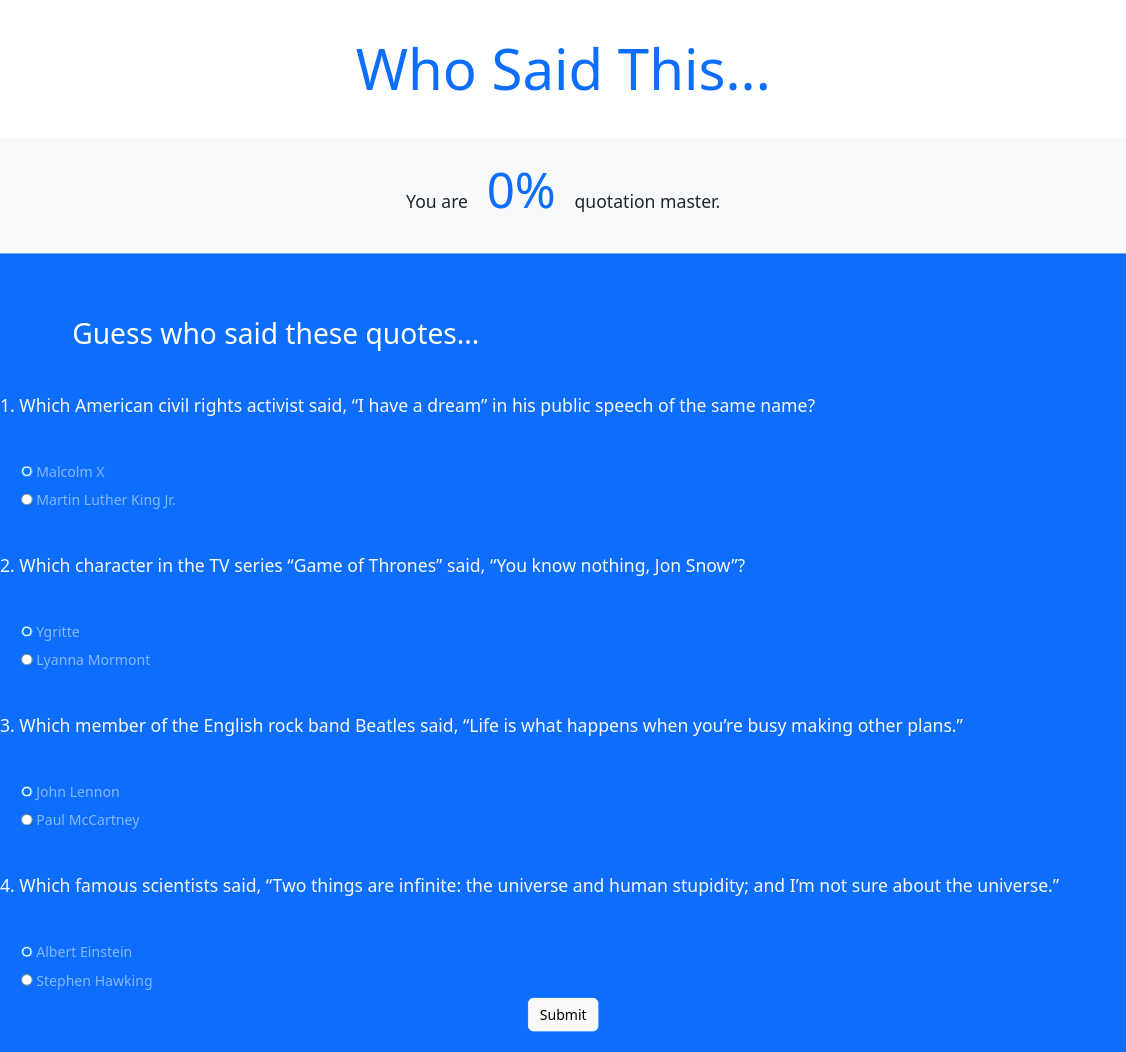
Repository: julihocc/netninja-quiz
Page: index.html
The author's editor kept a copy of each file at every save. The page is drawn from the files as they stood at one save, then again after the next save.
The browser window is 1280 px wide. The pictures show the whole page, at 88% of full size.
After loading, the first visible `#quiz-form` was submitted once.

Above is the page before, as saved 2022-09-27 19:42:49.

### index.html
<!DOCTYPE html>
<html lang="en">

<head>
    <meta charset="UTF-8">
    <meta http-equiv="X-UA-Compatible" content="IE=edge">
    <meta name="viewport" content="width=device-width, initial-scale=1.0">

    <!-- CSS only -->
    <link href="https://cdn.jsdelivr.net/npm/bootstrap@5.2.1/dist/css/bootstrap.min.css" rel="stylesheet"
        integrity="sha384-iYQeCzEYFbKjA/T2uDLTpkwGzCiq6soy8tYaI1GyVh/UjpbCx/TYkiZhlZB6+fzT" crossorigin="anonymous">

    <title>Who Said It...</title>
</head>

<body>

    <div class="intro py-3 bg-white text-center">
        <div class="container">
            <h2 class="text-primary display-3 my-4">
                Who Said This...
            </h2>
        </div>
    </div>


    <!-- step 3.1 result section  -->
    <div class="result py-4  d-none bg-light text-center">
        <div class="container lead">
            <p>
                You are <span class="text-primary display-4 p-3">0%</span> quotation master.
            </p>
        </div>
    </div>


    <div class="quiz py-4 bg-primary">
        <div class="container lead">
            <h2 class="my-5 text-white">
                Guess who said these quotes...
            </h2>
        </div>


        <form class="text-light" id="quiz-form">

            <!-- question #1 -->
            <div class="my-5">
                <p class="lead font-weight-normal">
                    1. Which American civil rights activist said, “I have a dream” in his public speech of the same
                    name?
                </p>
            </div>
            <div class="form-check my-2 text-white-50" >
                <input type="radio" name="q1" value="A" id="q11" checked> <label class="form-check-label" for="q11">Malcolm X</label>
            </div>
            <div class="form-check my-2 text-white-50">
                <input type="radio" name="q1" value="B" id="q12"> <label class="form-check-label" for="q12">Martin Luther King Jr.</label>
            </div>

            <!-- question #2 -->
            <div class="my-5">
                <p class="lead font-weight-normal">
                    2. Which character in the TV series “Game of Thrones” said,
                            “You know nothing, Jon Snow”?
                </p>
            </div>
            <div class="form-check my-2 text-white-50">
                <input type="radio" name="q2" value="A" checked> <label class="form-check-label">Ygritte</label>
            </div>
            <div class="form-check my-2 text-white-50">
                <input type="radio" name="q2" value="B"> <label class="form-check-label">Lyanna Mormont</label>
            </div>

            <!-- question #3 -->
            <div class="my-5">
                <p class="lead font-weight-normal"> 3. Which member of the English rock band Beatles said, “Life
                    is what happens when you’re busy making other plans.”
                </p>
            </div>
            <div class="form-check my-2 text-white-50">
                <input type="radio" name="q3" value="A" checked> <label class="form-check-label">  John Lennon</label>
            </div>
            <div class="form-check my-2 text-white-50">
                <input type="radio" name="q3" value="B"> <label class="form-check-label">  Paul McCartney</label>
            </div>

            <!-- question #4 -->
            <div class="my-5">
                <p class="lead font-weight-normal"> 4. Which famous scientists said, “Two things are infinite:
                    the universe and human stupidity; and I’m not sure about the universe.”
                </p>
            </div>
            <div class="form-check my-2 text-white-50">
                <input type="radio" name="q4" value="A" checked> <label class="form-check-label">  Albert Einstein</label>
            </div>
            <div class="form-check my-2 text-white-50">
                <input type="radio" name="q4" value="B"> <label class="form-check-label">   Stephen Hawking</label>
            </div>

            <div class="text-center">
                <input type="submit" class="btn btn-light">
            </div>

        </form>

    </div>

    <script src="app.js"></script>
</body>

</html>

### app.js
const correctAnswers = ['B', 'A', 'A', 'A'];

const form = document.getElementById('quiz-form');

const result = document.querySelector('.result');

form.addEventListener('submit', e => {

    e.preventDefault() ;

    let score = 0;

    const userAnswers = [form.q1.value, form.q2.value, form.q3.value, form.q4.value]

    userAnswers.forEach((answer, index) => {
        if(answer === correctAnswers[index]){
            score += 25;
        }
    })

    console.log(score);

    result.classList.remove('d-none')
})

After the next save:
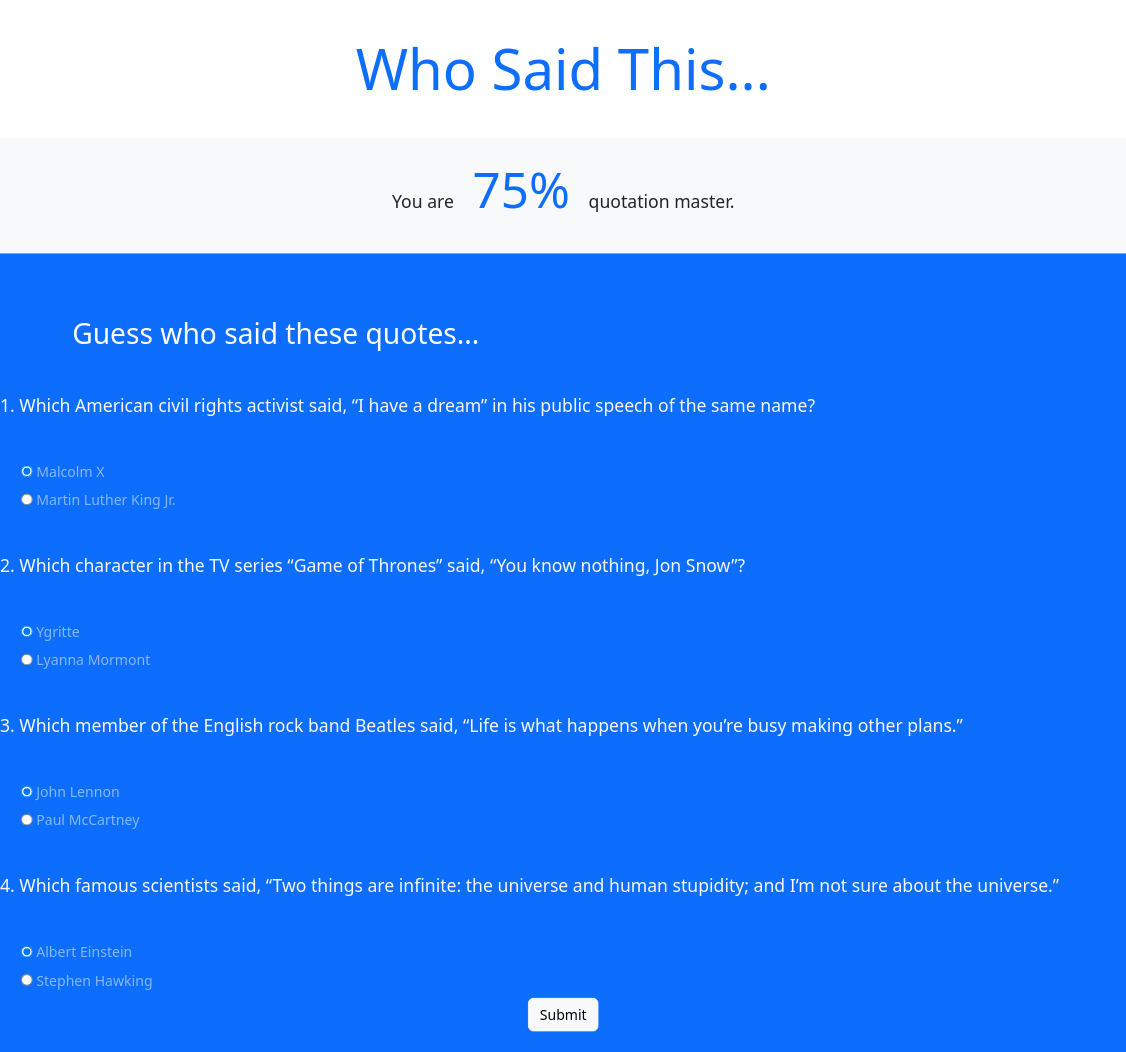
Saved 12 s later.
--- a/app.js
+++ b/app.js
@@ -20,5 +20,6 @@ form.addEventListener('submit', e => {
 
     console.log(score);
 
+    result.querySelector('span').textContent = `${score}%`;
     result.classList.remove('d-none')
 })
